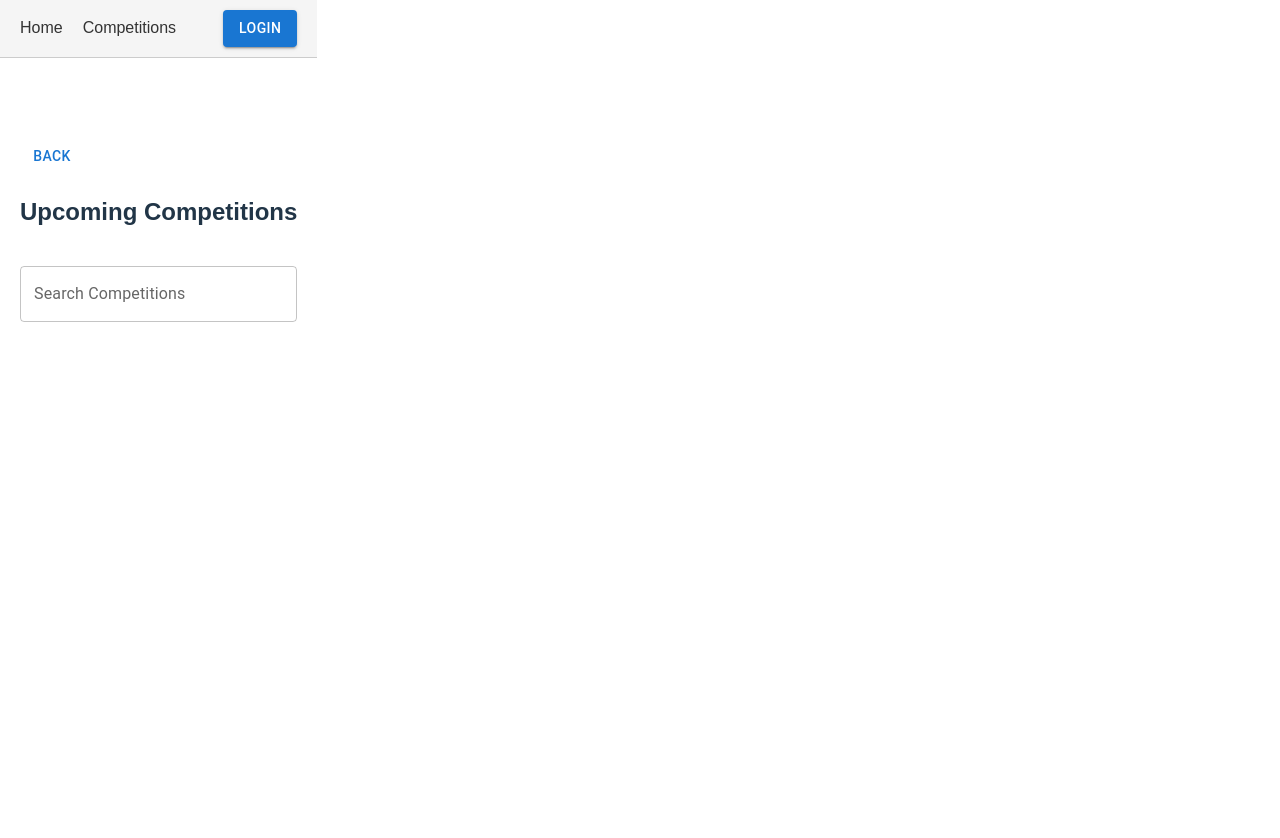
Repository: BWei22/wecube
Page: /competitions
The author's editor kept a copy of each file at every save. The page is drawn from the files as they stood at one save, then again after the next save.
The browser window is 1280 px wide. The pictures show the whole page.
The page's requests for data from a server got no answer. The project was rebuilt for these pictures with package versions that can differ from the ones it lists, and the page was loaded fresh each time. No one was signed in, and anything a server would have sent is missing. Also part of the build but not shown: vite.config.js, src/pages/Home.css, src/pages/Home.jsx, src/pages/Listings.css, src/pages/Listings.jsx, src/pages/CreateListing.jsx, src/pages/ListingDetails.css, src/pages/ListingDetails.jsx and 11 more.

Above is the page before, as saved 2024-08-02 01:19:14.

### index.html
<!doctype html>
<html lang="en">
  <head>
    <meta charset="UTF-8" />
    <link rel="icon" type="image/svg+xml" href="/vite.svg" />
    <meta name="viewport" content="width=device-width, initial-scale=1.0" />
    <title>WeCube</title>
  </head>
  <body>
    <div id="root"></div>
    <script type="module" src="/src/main.jsx"></script>
  </body>
</html>

### src/App.jsx
import React from 'react';
import { BrowserRouter as Router, Routes, Route } from 'react-router-dom';
import Home from './pages/Home';
import Competitions from './pages/Competitions';
import Listings from './pages/Listings';
import CreateListing from './pages/CreateListing';
import ListingDetails from './pages/ListingDetails';
import InterestedBuyers from './pages/InterestedBuyers';
import Notifications from './pages/Notifications';
import AuthComponent from './components/AuthComponent';
import PrivateRoute from './components/PrivateRoute';
import NavBar from './components/NavBar';
import { ProvideAuth } from './hooks/useAuth';
import Message from './pages/Message';
import Conversations from './pages/Conversations';
import Profile from './pages/Profile';
import './App.css'; // Import the global CSS

const App = () => {
  return (
    <ProvideAuth>
      <Router>
        <NavBar />
        <div className="main-container">
          <Routes>
            <Route path="/" element={<Home />} />
            <Route path="/competitions" element={<Competitions />} />
            <Route path="/listings/:competitionId" element={<Listings />} />
            <Route path="/create-listing/:competitionId" element={<PrivateRoute><CreateListing /></PrivateRoute>} />
            <Route path="/listing/:listingId" element={<ListingDetails />} />
            <Route path="/interested-buyers/:listingId" element={<PrivateRoute><InterestedBuyers /></PrivateRoute>} />
            <Route path="/notifications" element={<PrivateRoute><Notifications /></PrivateRoute>} />
            <Route path="/auth" element={<AuthComponent />} />
            <Route path="/messages/:listingId" element={<PrivateRoute><Message /></PrivateRoute>} />
            <Route path="/conversations" element={<PrivateRoute><Conversations /></PrivateRoute>} />
            <Route path="/profile" element={<PrivateRoute><Profile /></PrivateRoute>} />
          </Routes>
        </div>
      </Router>
    </ProvideAuth>
  );
};

export default App;

### src/pages/Competitions.jsx
import React, { useEffect, useState } from "react";
import { useNavigate } from "react-router-dom";
import Flag from "react-world-flags";
import TextField from "@mui/material/TextField";
import "./Competitions.css"; // Import the CSS file for styling
import Button from '@mui/material/Button';

const Competitions = () => {
  const [competitions, setCompetitions] = useState([]);
  const [searchQuery, setSearchQuery] = useState("");
  const navigate = useNavigate();

  useEffect(() => {
    fetch('https://raw.githubusercontent.com/robiningelbrecht/wca-rest-api/master/api/competitions-page-1.json')
      .then(response => response.json())
      .then(data => {
        const upcomingCompetitions = data.items
          .filter(comp => new Date(comp.date.from) >= new Date())
          .sort((a, b) => new Date(a.date.from) - new Date(b.date.from)); // Sort competitions chronologically
        setCompetitions(upcomingCompetitions);
      })
      .catch(error => console.error('Error fetching competitions:', error));
  }, []);

  const handleCompetitionClick = (competitionId) => {
    navigate(`/listings/${competitionId}`);
  };

  const handleSearchChange = (event) => {
    setSearchQuery(event.target.value);
  };

  const filteredCompetitions = competitions.filter(comp =>
    comp.name.toLowerCase().includes(searchQuery.toLowerCase()) ||
    comp.city.toLowerCase().includes(searchQuery.toLowerCase())
  );

  const handleGoBack = () => {
    navigate("/");
  };

  const formatDateRange = (from, till) => {
    const fromDate = new Date(from);
    const tillDate = new Date(till);
    const options = { year: 'numeric', month: 'short', day: 'numeric' };

    if (fromDate.toDateString() === tillDate.toDateString()) {
      return fromDate.toLocaleDateString(undefined, options);
    } else {
      return `${fromDate.toLocaleDateString(undefined, options)} - ${tillDate.toLocaleDateString(undefined, options)}`;
    }
  };

  return (
    <div className="competitions">
      <Button onClick={handleGoBack}>Back</Button>
      <h2>Upcoming Competitions</h2>
      <TextField
        label="Search Competitions"
        variant="outlined"
        fullWidth
        margin="normal"
        value={searchQuery}
        onChange={handleSearchChange}
      />
      <ul className="competitions-list">
        {filteredCompetitions.map(comp => (
          <li key={comp.id} className="competition-item" onClick={() => handleCompetitionClick(comp.id)}>
            <div className="competition-flag">
              <Flag code={comp.country} height="24" />
            </div>
            <div className="competition-details">
              <span className="competition-name">{comp.name}</span>
              <span className="competition-date">
                {formatDateRange(comp.date.from, comp.date.till)}
              </span>
            </div>
          </li>
        ))}
      </ul>
    </div>
  );
};

export default Competitions;

### src/components/NavBar.jsx
import React, { useState, useEffect } from 'react';
import { Link, useNavigate } from 'react-router-dom';
import { useAuth } from '../hooks/useAuth'; // Adjust the import path as necessary
import { db } from '../firebaseConfig';
import { collection, query, where, onSnapshot } from 'firebase/firestore';
import Badge from '@mui/material/Badge';
import Button from '@mui/material/Button';
import './NavBar.css';

const NavBar = () => {
  const { user, username, signout } = useAuth();
  const navigate = useNavigate();
  const [newMessages, setNewMessages] = useState(0);

  useEffect(() => {
    if (!user) {
      console.log('No authenticated user found.');
      return;
    }

    const q = query(collection(db, 'messages'), where('recipientId', '==', user.uid), where('isRead', '==', false));
    const unsubscribe = onSnapshot(q, (querySnapshot) => {
      setNewMessages(querySnapshot.size);
    });

    return () => unsubscribe();
  }, [user]);

  const handleLogout = () => {
    signout(() => navigate('/'));
  };

  return (
    <div className="navbar">
      <div className="navbar-left">
        <Link to="/">Home</Link>
        <Link to="/competitions">Competitions</Link>
      </div>
      <div className="navbar-right">
        {user ? (
          <>
            <Badge badgeContent={newMessages} color="error">
              <Link to="/conversations">Conversations</Link>
            </Badge>
            <Link to="/profile">Profile</Link>
            <Button onClick={handleLogout} variant="contained" color="secondary">Logout</Button>
            <span className="navbar-username">{username}</span>
          </>
        ) : (
          <Button onClick={() => navigate('/auth')} variant="contained" color="primary">Login</Button>
        )}
      </div>
    </div>
  );
};

export default NavBar;

### src/hooks/useAuth.jsx
import React, { useState, useEffect, useContext, createContext } from 'react';
import { getAuth, signInWithPopup, GoogleAuthProvider, signOut } from 'firebase/auth';
import { doc, getDoc } from 'firebase/firestore';
import { db } from '../firebaseConfig'; // Adjust the import path as necessary

const authContext = createContext();

export function ProvideAuth({ children }) {
  const auth = useProvideAuth();
  return <authContext.Provider value={auth}>{children}</authContext.Provider>;
}

export const useAuth = () => {
  return useContext(authContext);
};

function useProvideAuth() {
  const [user, setUser] = useState(null);
  const [username, setUsername] = useState('');

  const signinWithGoogle = async () => {
    const auth = getAuth();
    const provider = new GoogleAuthProvider();
    await signInWithPopup(auth, provider);
    setUser(auth.currentUser);

    // Fetch username from Firestore
    const userDocRef = doc(db, 'users', auth.currentUser.uid);
    const userDocSnap = await getDoc(userDocRef);
    if (userDocSnap.exists()) {
      setUsername(userDocSnap.data().username);
    } else {
      setUsername('');
    }
  };

  const signout = async (callback) => {
    const auth = getAuth();
    await signOut(auth);
    setUser(null);
    setUsername('');
    if (callback) callback();
  };

  useEffect(() => {
    const auth = getAuth();
    const unsubscribe = auth.onAuthStateChanged(async (user) => {
      if (user) {
        setUser(user);

        // Fetch username from Firestore
        const userDocRef = doc(db, 'users', user.uid);
        const userDocSnap = await getDoc(userDocRef);
        if (userDocSnap.exists()) {
          setUsername(userDocSnap.data().username);
        } else {
          setUsername('');
        }
      } else {
        setUser(null);
        setUsername('');
      }
    });

    return () => unsubscribe();
  }, []);

  return {
    user,
    username,
    signinWithGoogle,
    signout,
  };
}

### src/App.css
/* src/App.css */

body, html {
  margin: 0;
  padding: 0;
  height: 100%;
  width: 100%;
  font-family: Arial, sans-serif;
}

#root {
  height: 100%;
}

.main-container {
  display: flex;
  flex-direction: column;
  height: 100vh;
  padding-top: 60px; /* Adjust based on navbar height */
}

### src/pages/Competitions.css
/* src/pages/Competitions.css */
.competitions {
    padding: 20px;
    text-align: left;
  }

  .competitions-list {
    list-style: none;
    padding: 0;
    margin: 0;
  }

  .competition-item {
    display: flex;
    align-items: center;
    padding: 10px 0;
    border-bottom: 1px solid #ddd;
    cursor: pointer;
    transition: background-color 0.2s;
  }

  .competition-item:hover {
    background-color: #f9f9f9;
  }

  .competition-flag {
    flex-shrink: 0;
    margin-right: 15px;
  }

  .competition-flag img {
    width: 32px;
    height: 24px;
    border-radius: 2px;
  }

  .competition-details {
    display: flex;
    flex-direction: column;
  }

  .competition-name {
    font-size: 16px;
    font-weight: bold;
    color: #333;
  }

  .competition-date {
    font-size: 14px;
    color: #888;
  }

### src/firebaseConfig.js
// src/firebaseConfig.js
import { initializeApp } from "firebase/app";
import { getFirestore } from "firebase/firestore";
import { getAuth, onAuthStateChanged, GoogleAuthProvider, signInWithPopup } from "firebase/auth";

const firebaseConfig = {
  apiKey: "AIzaSyDYb4aSYo2bUTjyhVYMKNBykxSJtt_21Po",
  authDomain: "wecube-e0d78.firebaseapp.com",
  projectId: "wecube-e0d78",
  storageBucket: "wecube-e0d78.appspot.com",
  messagingSenderId: "412392652109",
  appId: "1:412392652109:web:bc3ad839badcf48e85cb04",
  measurementId: "G-3J43PF4YX8"
};

const app = initializeApp(firebaseConfig);
const db = getFirestore(app);
const auth = getAuth(app);
const provider = new GoogleAuthProvider();

onAuthStateChanged(auth, (user) => {
  if (user) {
    console.log("User is signed in", user);
  } else {
    console.log("No user is signed in");
  }
});

export { db, auth, provider };

### src/components/NavBar.css
/* src/components/NavBar.css */

.navbar {
  display: flex;
  justify-content: space-between;
  align-items: center;
  padding: 10px 20px;
  background-color: #f5f5f5;
  border-bottom: 1px solid #ccc;
}

.navbar-left a,
.navbar-right a {
  margin-right: 20px;
  text-decoration: none;
  color: #333;
}

.navbar-right {
  display: flex;
  align-items: center;
}

.navbar-right .MuiButton-root {
  margin-left: 10px;
}

.navbar-username {
  margin-left: auto;
  font-size: 16px;
  color: #333;
}

Loaded but not shown: src/main.jsx (common file); src/index.css (common file)

After the next save:
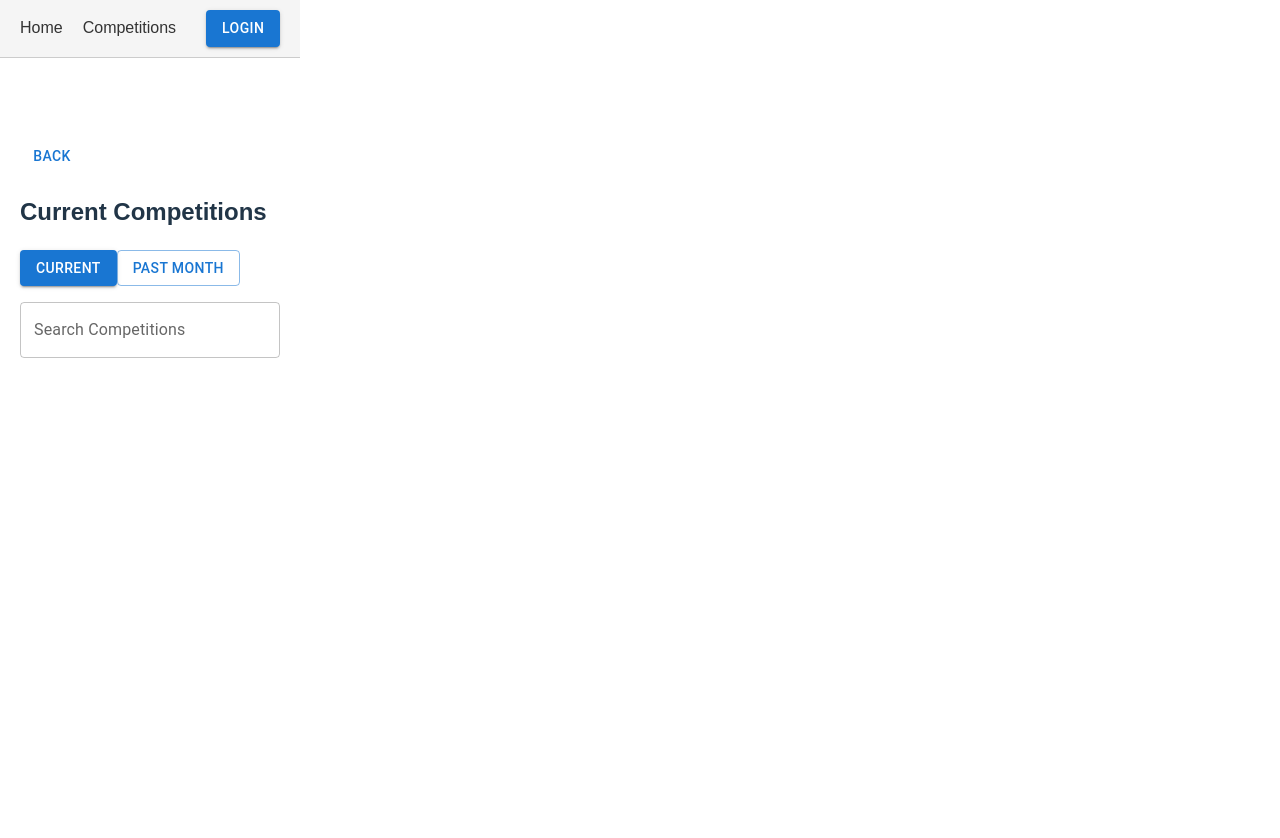
Saved 13 min 54 s later.
--- a/src/pages/Competitions.jsx
+++ b/src/pages/Competitions.jsx
@@ -2,22 +2,20 @@ import React, { useEffect, useState } from "react";
 import { useNavigate } from "react-router-dom";
 import Flag from "react-world-flags";
 import TextField from "@mui/material/TextField";
+import Button from '@mui/material/Button';
 import "./Competitions.css"; // Import the CSS file for styling
-import Button from '@mui/material/Button';
 
 const Competitions = () => {
   const [competitions, setCompetitions] = useState([]);
   const [searchQuery, setSearchQuery] = useState("");
+  const [view, setView] = useState("current"); // 'current' or 'past'
   const navigate = useNavigate();
 
   useEffect(() => {
     fetch('https://raw.githubusercontent.com/robiningelbrecht/wca-rest-api/master/api/competitions-page-1.json')
       .then(response => response.json())
       .then(data => {
-        const upcomingCompetitions = data.items
-          .filter(comp => new Date(comp.date.from) >= new Date())
-          .sort((a, b) => new Date(a.date.from) - new Date(b.date.from)); // Sort competitions chronologically
-        setCompetitions(upcomingCompetitions);
+        setCompetitions(data.items);
       })
       .catch(error => console.error('Error fetching competitions:', error));
   }, []);
@@ -30,10 +28,39 @@ const Competitions = () => {
     setSearchQuery(event.target.value);
   };
 
-  const filteredCompetitions = competitions.filter(comp =>
-    comp.name.toLowerCase().includes(searchQuery.toLowerCase()) ||
-    comp.city.toLowerCase().includes(searchQuery.toLowerCase())
-  );
+  const currentDate = new Date();
+  const pastMonthDate = new Date();
+  pastMonthDate.setMonth(currentDate.getMonth() - 1);
+
+  const filteredCompetitions = competitions.filter(comp => {
+    const competitionEndDate = new Date(comp.date.till);
+    const competitionStartDate = new Date(comp.date.from);
+    const isUpcoming = competitionStartDate >= currentDate;
+    const isRightNow = competitionStartDate <= currentDate && competitionEndDate >= currentDate;
+    const isPastMonth = competitionEndDate < currentDate && competitionEndDate >= pastMonthDate;
+
+    if (view === "current") {
+      return (isUpcoming || isRightNow) && (
+        comp.name.toLowerCase().includes(searchQuery.toLowerCase()) ||
+        comp.city.toLowerCase().includes(searchQuery.toLowerCase())
+      );
+    } else if (view === "past") {
+      return isPastMonth && (
+        comp.name.toLowerCase().includes(searchQuery.toLowerCase()) ||
+        comp.city.toLowerCase().includes(searchQuery.toLowerCase())
+      );
+    }
+
+    return false;
+  });
+
+  const sortedCompetitions = filteredCompetitions.sort((a, b) => {
+    if (view === "past") {
+      return new Date(b.date.till) - new Date(a.date.till);
+    } else {
+      return new Date(a.date.from) - new Date(b.date.from);
+    }
+  });
 
   const handleGoBack = () => {
     navigate("/");
@@ -54,7 +81,21 @@ const Competitions = () => {
   return (
     <div className="competitions">
       <Button onClick={handleGoBack}>Back</Button>
-      <h2>Upcoming Competitions</h2>
+      <h2>{view === "current" ? "Current Competitions" : "Past Month Competitions"}</h2>
+      <div className="view-toggle">
+        <Button
+          variant={view === "current" ? "contained" : "outlined"}
+          onClick={() => setView("current")}
+        >
+          Current
+        </Button>
+        <Button
+          variant={view === "past" ? "contained" : "outlined"}
+          onClick={() => setView("past")}
+        >
+          Past Month
+        </Button>
+      </div>
       <TextField
         label="Search Competitions"
         variant="outlined"
@@ -64,7 +105,7 @@ const Competitions = () => {
         onChange={handleSearchChange}
       />
       <ul className="competitions-list">
-        {filteredCompetitions.map(comp => (
+        {sortedCompetitions.map(comp => (
           <li key={comp.id} className="competition-item" onClick={() => handleCompetitionClick(comp.id)}>
             <div className="competition-flag">
               <Flag code={comp.country} height="24" />
